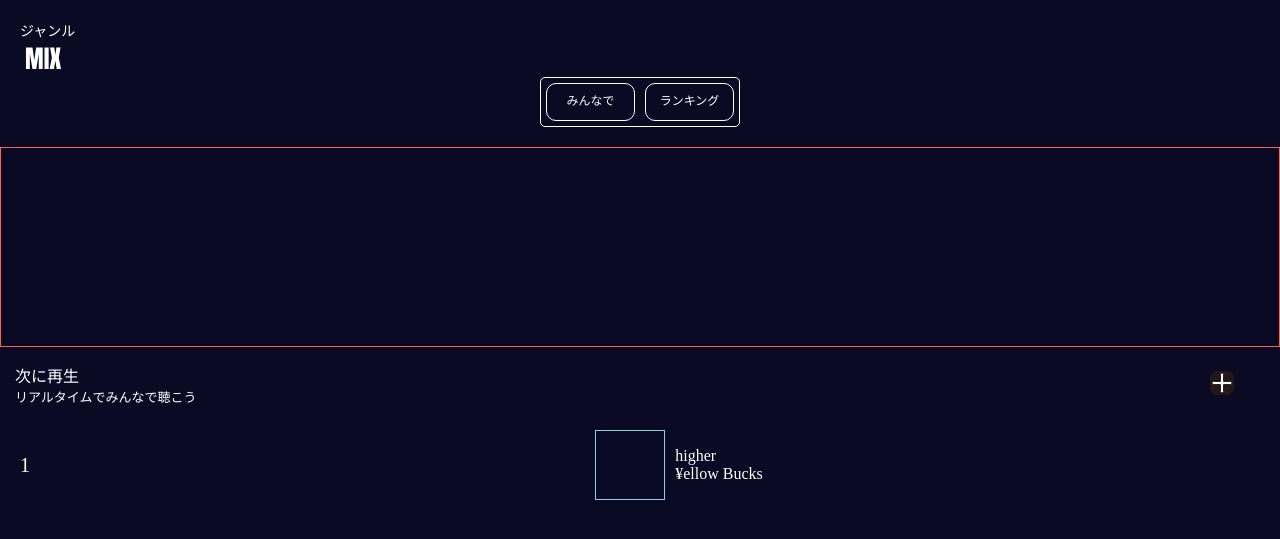
Repository: FujieRyou/2024_team
Page: /LoggedIn
An editor plug-in stored every save of this project. The page is shown before and after the next save, followed by the edit.
The browser window is 1280 px wide. The pictures show the whole page.
The project was rebuilt for these pictures with package versions that can differ from the ones it lists, and the page was loaded fresh each time. The framework's server and built-in components were replaced by stand-ins that run in the browser. Also part of the build but not shown: next.config.js.

Above is the page before, as saved 2024-01-10 11:33:29.

### src/pages/_app.jsx
import "@/styles/ress.css"
import '@/styles/index.css'

export default function App({ Component, pageProps }) {
  return <Component {...pageProps} />
}

### src/pages/LoggedIn.jsx
import React from 'react'

function LoggedIn (){
    return(
    <div id="container_wrap">
        <header>
            <div id="genre_wrap">ジャンル</div>
            <div id="mix_wrap">MIX</div>
            <div id="btn">
                <div className="everyone">みんなで</div>
                <div className="ranking">ランキング</div>
            </div>
        </header>
        <div id="main_img">
            <div className="scrollContent">
                <div className="scrollWrap">
                </div>
            </div>

        </div>
        <div id="maincontent_wrap">
            <div id="addition_wrap">
                    <p className='addition'>次に再生<br/><span>リアルタイムでみんなで聴こう</span></p>
                    <a href="">
                        <img src="./img/plusBtn.svg" alt="" />
                    </a>
            </div>
            <div id="songContent_wrap">
                <p className="song_num">1</p>
                <div id="song_wrap">
                    <div className="song_img">
                    </div>
                    <div id="singer_wrap">
                        <p className="songtitle">higher</p>
                        <p className="singer">¥ellow Bucks</p>
                    </div>
                </div>
                <div className='contributor'>

                </div>
            </div>
        </div>
    </div>
    )
}

export default LoggedIn

### src/styles/ress.css
/*!
 * ress.css • v4.0.0
 * MIT License
 * github.com/filipelinhares/ress
 */

/* # =================================================================
   # Global selectors
   # ================================================================= */

   html {
    box-sizing: border-box;
    -webkit-text-size-adjust: 100%; /* Prevent adjustments of font size after orientation changes in iOS */
    word-break: normal;
    -moz-tab-size: 4;
    tab-size: 4;
  }

  *,
  ::before,
  ::after {
    background-repeat: no-repeat; /* Set `background-repeat: no-repeat` to all elements and pseudo elements */
    box-sizing: inherit;
  }

  ::before,
  ::after {
    text-decoration: inherit; /* Inherit text-decoration and vertical align to ::before and ::after pseudo elements */
    vertical-align: inherit;
  }

  * {
    padding: 0; /* Reset `padding` and `margin` of all elements */
    margin: 0;
  }

  /* # =================================================================
     # General elements
     # ================================================================= */

  hr {
    overflow: visible; /* Show the overflow in Edge and IE */
    height: 0; /* Add the correct box sizing in Firefox */
    color: inherit; /* Correct border color in Firefox. */
  }

  details,
  main {
    display: block; /* Render the `main` element consistently in IE. */
  }

  summary {
    display: list-item; /* Add the correct display in all browsers */
  }

  small {
    font-size: 80%; /* Set font-size to 80% in `small` elements */
  }

  [hidden] {
    display: none; /* Add the correct display in IE */
  }

  abbr[title] {
    border-bottom: none; /* Remove the bottom border in Chrome 57 */
    /* Add the correct text decoration in Chrome, Edge, IE, Opera, and Safari */
    text-decoration: underline;
    text-decoration: underline dotted;
  }

  a {
    background-color: transparent; /* Remove the gray background on active links in IE 10 */
  }

  a:active,
  a:hover {
    outline-width: 0; /* Remove the outline when hovering in all browsers */
  }

  code,
  kbd,
  pre,
  samp {
    font-family: monospace, monospace; /* Specify the font family of code elements */
  }

  pre {
    font-size: 1em; /* Correct the odd `em` font sizing in all browsers */
  }

  b,
  strong {
    font-weight: bolder; /* Add the correct font weight in Chrome, Edge, and Safari */
  }

  /* https://gist.github.com/unruthless/413930 */
  sub,
  sup {
    font-size: 75%;
    line-height: 0;
    position: relative;
    vertical-align: baseline;
  }

  sub {
    bottom: -0.25em;
  }

  sup {
    top: -0.5em;
  }

  table {
    border-color: inherit; /* Correct border color in all Chrome, Edge, and Safari. */
    text-indent: 0; /* Remove text indentation in Chrome, Edge, and Safari */
  }

  /* # =================================================================
     # Forms
     # ================================================================= */

  input {
    border-radius: 0;
  }

  /* Replace pointer cursor in disabled elements */
  [disabled] {
    cursor: default;
  }

  [type='number']::-webkit-inner-spin-button,
  [type='number']::-webkit-outer-spin-button {
    height: auto; /* Correct the cursor style of increment and decrement buttons in Chrome */
  }

  [type='search'] {
    -webkit-appearance: textfield; /* Correct the odd appearance in Chrome and Safari */
    outline-offset: -2px; /* Correct the outline style in Safari */
  }

  [type='search']::-webkit-search-decoration {
    -webkit-appearance: none; /* Remove the inner padding in Chrome and Safari on macOS */
  }

  textarea {
    overflow: auto; /* Internet Explorer 11+ */
    resize: vertical; /* Specify textarea resizability */
  }

  button,
  input,
  optgroup,
  select,
  textarea {
    font: inherit; /* Specify font inheritance of form elements */
  }

  optgroup {
    font-weight: bold; /* Restore the font weight unset by the previous rule */
  }

  button {
    overflow: visible; /* Address `overflow` set to `hidden` in IE 8/9/10/11 */
  }

  button,
  select {
    text-transform: none; /* Firefox 40+, Internet Explorer 11- */
  }

  /* Apply cursor pointer to button elements */
  button,
  [type='button'],
  [type='reset'],
  [type='submit'],
  [role='button'] {
    cursor: pointer;
    color: inherit;
  }

  /* Remove inner padding and border in Firefox 4+ */
  button::-moz-focus-inner,
  [type='button']::-moz-focus-inner,
  [type='reset']::-moz-focus-inner,
  [type='submit']::-moz-focus-inner {
    border-style: none;
    padding: 0;
  }

  /* Replace focus style removed in the border reset above */
  button:-moz-focusring,
  [type='button']::-moz-focus-inner,
  [type='reset']::-moz-focus-inner,
  [type='submit']::-moz-focus-inner {
    outline: 1px dotted ButtonText;
  }

  button,
  html [type='button'], /* Prevent a WebKit bug where (2) destroys native `audio` and `video`controls in Android 4 */
  [type='reset'],
  [type='submit'] {
    -webkit-appearance: button; /* Correct the inability to style clickable types in iOS */
  }

  /* Remove the default button styling in all browsers */
  button,
  input,
  select,
  textarea {
    background-color: transparent;
    border-style: none;
  }

  a:focus,
  button:focus,
  input:focus,
  select:focus,
  textarea:focus {
    outline-width: 0;
  }

  /* Style select like a standard input */
  select {
    -moz-appearance: none; /* Firefox 36+ */
    -webkit-appearance: none; /* Chrome 41+ */
  }

  select::-ms-expand {
    display: none; /* Internet Explorer 11+ */
  }

  select::-ms-value {
    color: currentColor; /* Internet Explorer 11+ */
  }

  legend {
    border: 0; /* Correct `color` not being inherited in IE 8/9/10/11 */
    color: inherit; /* Correct the color inheritance from `fieldset` elements in IE */
    display: table; /* Correct the text wrapping in Edge and IE */
    max-width: 100%; /* Correct the text wrapping in Edge and IE */
    white-space: normal; /* Correct the text wrapping in Edge and IE */
    max-width: 100%; /* Correct the text wrapping in Edge 18- and IE */
  }

  ::-webkit-file-upload-button {
    /* Correct the inability to style clickable types in iOS and Safari */
    -webkit-appearance: button;
    color: inherit;
    font: inherit; /* Change font properties to `inherit` in Chrome and Safari */
  }

  /* # =================================================================
     # Specify media element style
     # ================================================================= */

  img {
    border-style: none; /* Remove border when inside `a` element in IE 8/9/10 */
  }

  /* Add the correct vertical alignment in Chrome, Firefox, and Opera */
  progress {
    vertical-align: baseline;
  }

  /* # =================================================================
     # Accessibility
     # ================================================================= */

  /* Specify the progress cursor of updating elements */
  [aria-busy='true'] {
    cursor: progress;
  }

  /* Specify the pointer cursor of trigger elements */
  [aria-controls] {
    cursor: pointer;
  }

  /* Specify the unstyled cursor of disabled, not-editable, or otherwise inoperable elements */
  [aria-disabled='true'] {
    cursor: default;
  }

### src/styles/index.css
html,body{
    width: 100vw;
    height: 100vh;
    background-color: #0A0A24;
    color: #fff;
}

nav{
    width: 100%;
    height: 81px;
    display: flex;
    justify-content: space-around;
    position: fixed;
    bottom: 0px;
    background-color: #0A0A24;
    border-top: solid 1px #8E8E8E;
}

.iconWrap{
    display: flex;
    flex-direction: column;
    align-items: center;
    justify-content: center;
}

.iconWrap a{
    display: flex;
    flex-direction: column;
    align-items: center;
    justify-content: center;
    text-decoration: none;
}

.iconWrap p{
    font-size: 10px;
    margin-top: 4px;
    color: #fff;
}

.loginWrap{
    width: 100vw;
    height: 100vh;
    padding-top: 200px;
}

.indexWrap{
    width: 100%;
    height: 100%;
}

/* h2{
    font-size: 64px;
    text-align: center;
    font-family: sans-serif;
    padding-top: 30px;
} */

.appName{
    font-size: 64px;
    text-align: center;
    font-family: sans-serif;
    padding-top: 30px;
    margin-top: 30px;
    color: #fff;
}

.signBtnWrap{
    width: 100%;
    height: auto;
}

.signBtn{
    display: flex;
    align-items: center;
    justify-content: center;
    width: 200px;
    height: 54px;
    border-radius: 30px;
    background-color: rgb(65, 243, 65);
    font-size: 16px;
    /* box-shadow: 3px 1px 3px 1px rgb(235, 235, 235); */
    margin: 0 auto;
    margin-top: 280px;
    color: #000;
    text-decoration: none;
}

.logoBox{
    width: 64px;
    height: 64px;
    background-color: gray;
    color: #fff;
    margin: 0 auto;
    display: flex;
    justify-content: center;
    align-items: center;
}

h2{
    text-align: center;
}

.searchWrap{
    margin-top: 69px;
    margin-bottom: 11px;
    padding: 0px 13px;
}

.searchTxt{
    width: 100%;
    height: 40px;
    border: solid 1px #000;
    background-color: #28376C;
    color: #fff;
    padding: 7px 18px;
    border-radius: 13px;

}

.searchBtn{
    width: 64px;
    height: 32px;
    background-color: aquamarine;
}

.searchResults{
    display: flex;
    gap: 8px;
    width: 100%;
    height: 88px;
    padding: 8px;
    overflow: hidden;
}

.searchResultsImg{
    width: 80px;
    height: 80px;
}

.searchResultsTxt p{
    width: 288px;
    font-size: 14px;
}

.genreWrap{
    padding: 0px 21px;
}

.genreWrap p{
    padding-left: 74px;
    margin-bottom: 12px;
}

.genruBtnWrap{
    display: flex;
    flex-wrap: wrap;
    padding: 0px 8px;
    gap: 16px 12px;
    margin: 0 auto;
}

.genruBtnWrap > button{
    width: 172px;
    height: 86px;
    background-color: #F42C2C;
    border-radius: 10px;
}

#genre_wrap{
    padding-top: 20px;
    align-items: center;
    color: #fff;
    font-size: 14px;
    margin-left: 20px;
    font-family: 'Noto Sans JP', sans-serif;
}

/* MIX */
#mix_wrap{
    font-size: 25px;
    font-family:Impact, Haettenschweiler, 'Arial Narrow Bold', sans-serif;
    margin-left: 25px;
}

/*genre btn*/
#btn{
    display: flex;
    justify-content: center;
    align-items: center;
    width: 200px;
    height: 50px;
    border: solid 1px #fff;
    border-radius: 5px;
    margin: 0 auto;
    text-align: center;
    margin-bottom: 20px;
}

.everyone{
    width: 80%;
    height: 80%;
    line-height: 35px;
    margin:0 5px;
    border: solid 1px #fff;
    border-radius: 10px;
    font-size: 12px;
    font-family:  'Noto Sans JP', sans-serif;
}

.ranking{
    width: 80%;
    height: 80%;
    line-height: 35px;
    margin:0 5px;
    border: solid 1px #fff;
    border-radius: 10px;
    font-size: 12px;
    font-family:  'Noto Sans JP', sans-serif;;
}


/*main*/
#main_img{
    width: 100%;
    height: 200px;
    border: solid 1px tomato;
    margin: 0 auto;

}

/*見出し*/
#addition_wrap{
    width: 100%;
    margin-top: 16px;
    margin-bottom: 24px;
    padding: 0px 46px 0px 15px;
    display: flex;
    align-items: center;
    justify-content: space-between;
}
.addition{
    font-size: 16px;
    font-family:  'Noto Sans JP', sans-serif;
}
.addition > span{
    font-size: 13px;
}
.dli-plus {
    display: inline-block;
    vertical-align: middle;
    justify-content: center;
    color: #fff;
    line-height: 20px;
    width: 1.5rem;
    height:0.15rem;
    background: #efefef;
    border-radius: 1rem;
    position: relative;
    top:24px;
    left:10px;
}

.dli-plus::before {
    content: '';
    position: absolute;
    top: 0;
    left: 0;
    width: 100%;
    height: 100%;
    background: inherit;
    border-radius: inherit;
    transform: rotate(90deg);

}
#addition_wrap{
    display: flex;
}
#addition_wrap  .back{
    display: block;
    background: #231815;
    width: 35px;
    height:35px;
    border-radius: 25%;
    margin-right: 50px;
}
.addition-text{
    font-size: 30px;
    font-family:'Noto Sans JP', sans-serif;

}

#plus_btn{
    /* align-items: center; */
    margin-left:220px;
    margin-top: -18px;
}

/*music list*/
#songContent_wrap{
    display: flex;
    justify-content: space-between;
    align-items: center;
    margin-bottom: 15px;
}

.song_num{
    font-size: 20px;
    margin: 0 20px;
}

#song_wrap{
    display: flex;
    justify-content: center;
    align-items: center;
    gap: 10px;
}


.song_img{
    border: solid 1px skyblue;
    width: 70px;
    height: 70px;
    margin-left: 28px;
}
.button_wrap{
    display: flex;
    flex-direction: column;
}
.button{
    width: 20px;
    height: 20px;
    border-radius: 50%;
    background-color: #d9d9d9;
    display: flex;
    justify-content: center;
}

.button p{
    display: flex;
    justify-content: center;
    align-items: center;
    text-align: center;
    gap: 3px;
}

.button p span{
    width: 3px;
    height: 3px;
    border-radius: 50%;
    background-color: #000;

}

Loaded but not shown: src/pages/_document.jsx (common file)

After the next save:
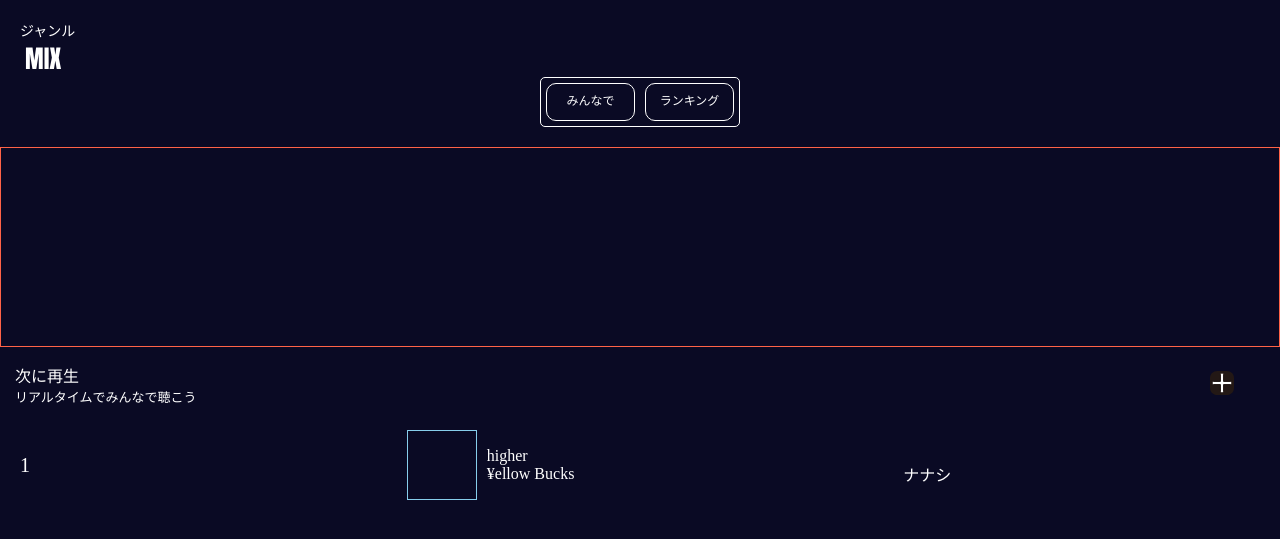
Saved 2 min 4 s later.
--- a/src/pages/LoggedIn.jsx
+++ b/src/pages/LoggedIn.jsx
@@ -36,8 +36,10 @@ function LoggedIn (){
                     </div>
                 </div>
                 <div className='contributor'>
-
+                    <img src="" alt="" />
+                    <p>ナナシ</p>
                 </div>
+                <img src="" alt="" />
             </div>
         </div>
     </div>
